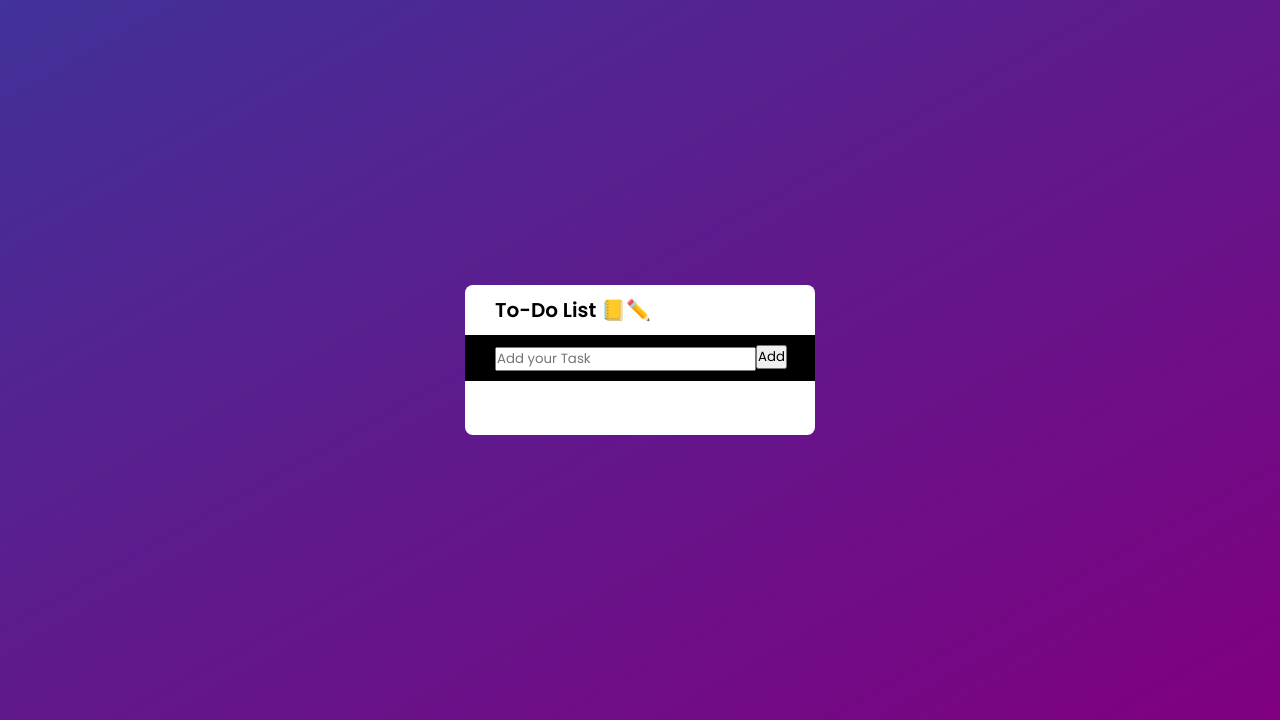
Repository: Ankitkr2021/To-Do-List
Page: index.html
These files come from the project's save history. The page is drawn as it stood at one moment and after a run of saves; the edit follows.
The browser window is 1280 px wide. The pictures show the whole page.

Above is the page before, as saved 2025-10-03 10:06:49.

### index.html
<!DOCTYPE html>
<html lang="en">
<head>
    <meta charset="UTF-8">
    <meta name="viewport" content="width=device-width, initial-scale=1.0">
    <title>To-Do-List</title>
    <link rel="stylesheet" href="./style.css">
</head>
<body>
    <div class="box">
        <h1>To-Do List 📒✏️</h1>
        <div class="task">
        <input id="add" type="text" placeholder="Add your Task">
        <button type="submit">Add</button>
        </div>
    </div>
</body>
</html>

### style.css
@import url("https://fonts.googleapis.com/css2?family=Poppins:wght@300;400;500;600;700&display=swap");

*{
    margin: 0;
    padding: 0;
    box-sizing: border-box;
    font-family: 'Poppins',sans-serif;
}

body{
    display: flex;
    justify-content: center;
    align-items: center;
    height: 100vh;
    background: linear-gradient(to bottom right, rgba(40, 22, 139, 0.884), purple);
}

.box {
    background: #fff;
    height: 150px;
    max-height: 300px;
    width: 350px;
    border-radius: 8px;
}

.box h1 {
    padding: 10px 30px;
    font-size: 20px;
    font-weight: 600;
}

.task {
    background: #000;
    padding: 10px 30px;
    position: relative;
}

.task input {

}

.task button {
    content: "";
    position: absolute;
}

After the next 2 saves:
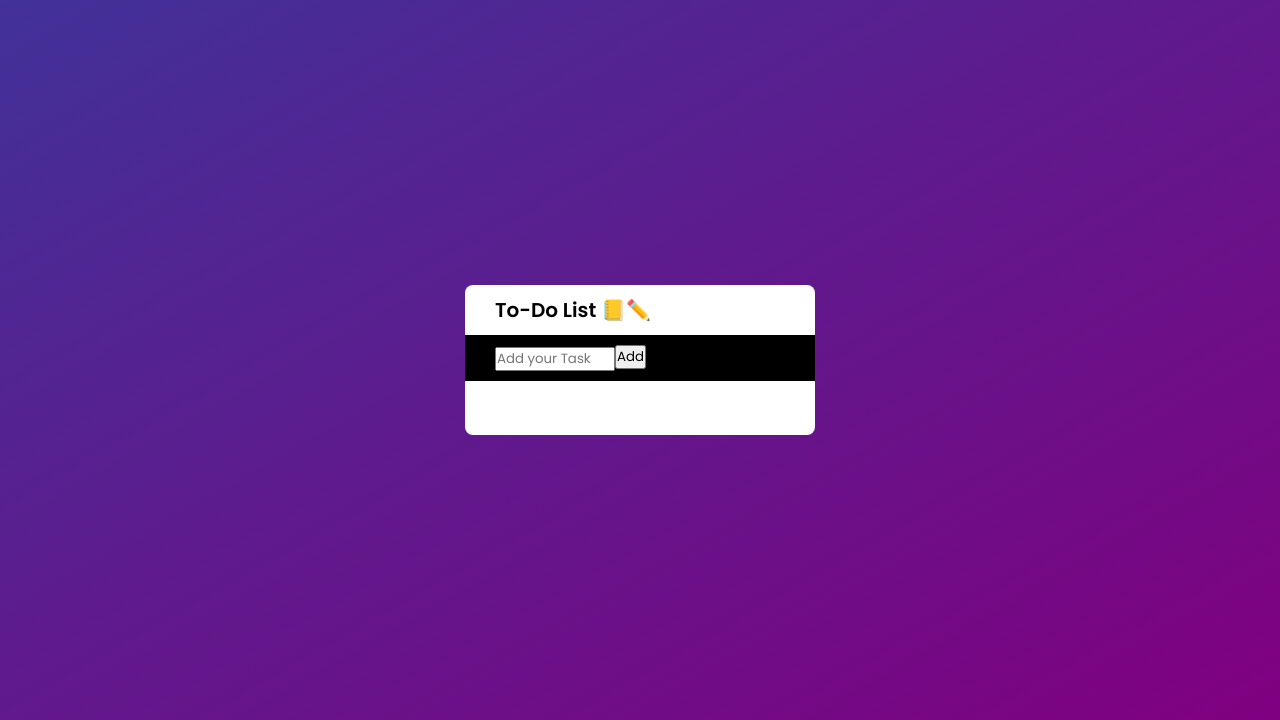
The 2 saves are shown as one change because they came seconds apart.
The last was saved 9 s later.
--- a/style.css
+++ b/style.css
@@ -36,7 +36,7 @@ body{
 }
 
 .task input {
-
+    width: 120px;
 }
 
 .task button {
